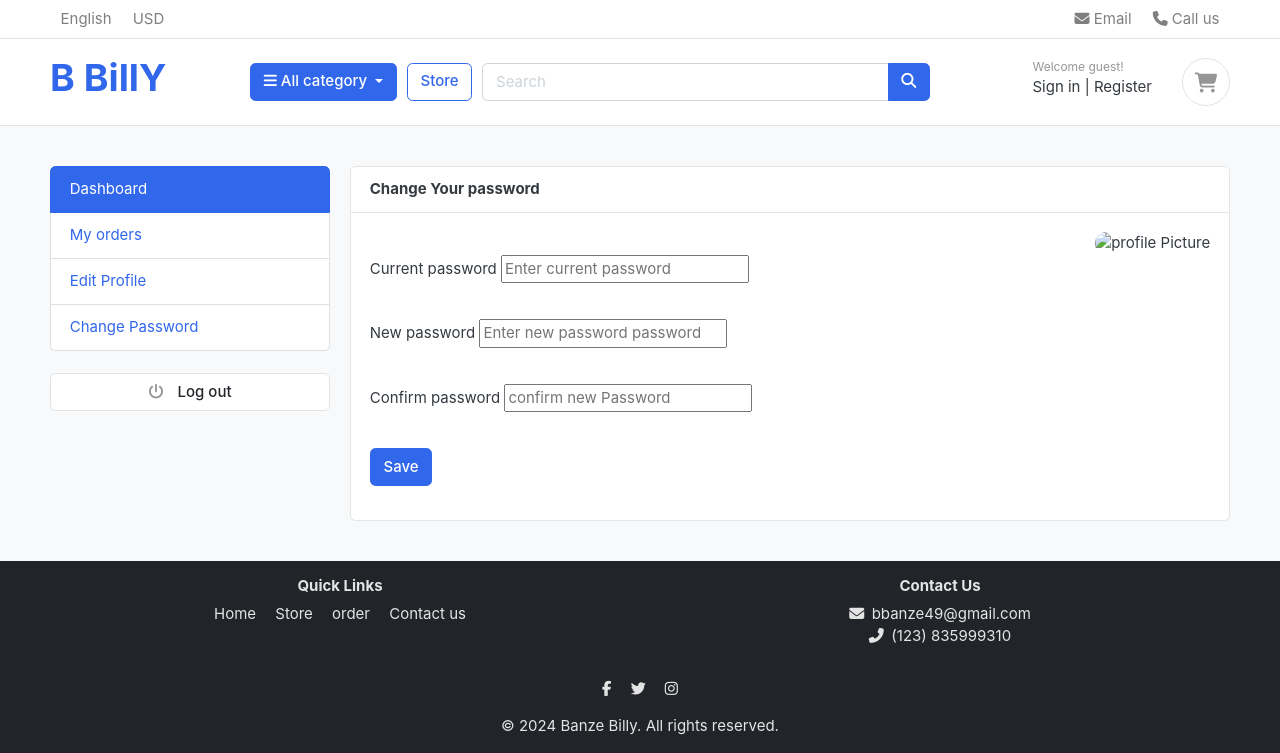
Repository: banzebilly/django-e-commerce
Page: templates/accounts/change_password.html
The author's editor kept a copy of each file at every save. The page is drawn from the files as they stood at one save, then again after the next save.
The browser window is 1280 px wide. The pictures show the whole page.
Some web fonts or font styles are not loaded; a fallback is used. The template is drawn by Django 5.2. The application's start-up code is not run. The template is opened directly, without the code that normally fills it, so the values that code supplies are empty.

Above is the page before, as saved 2024-06-28 06:07:13.

After the next save:
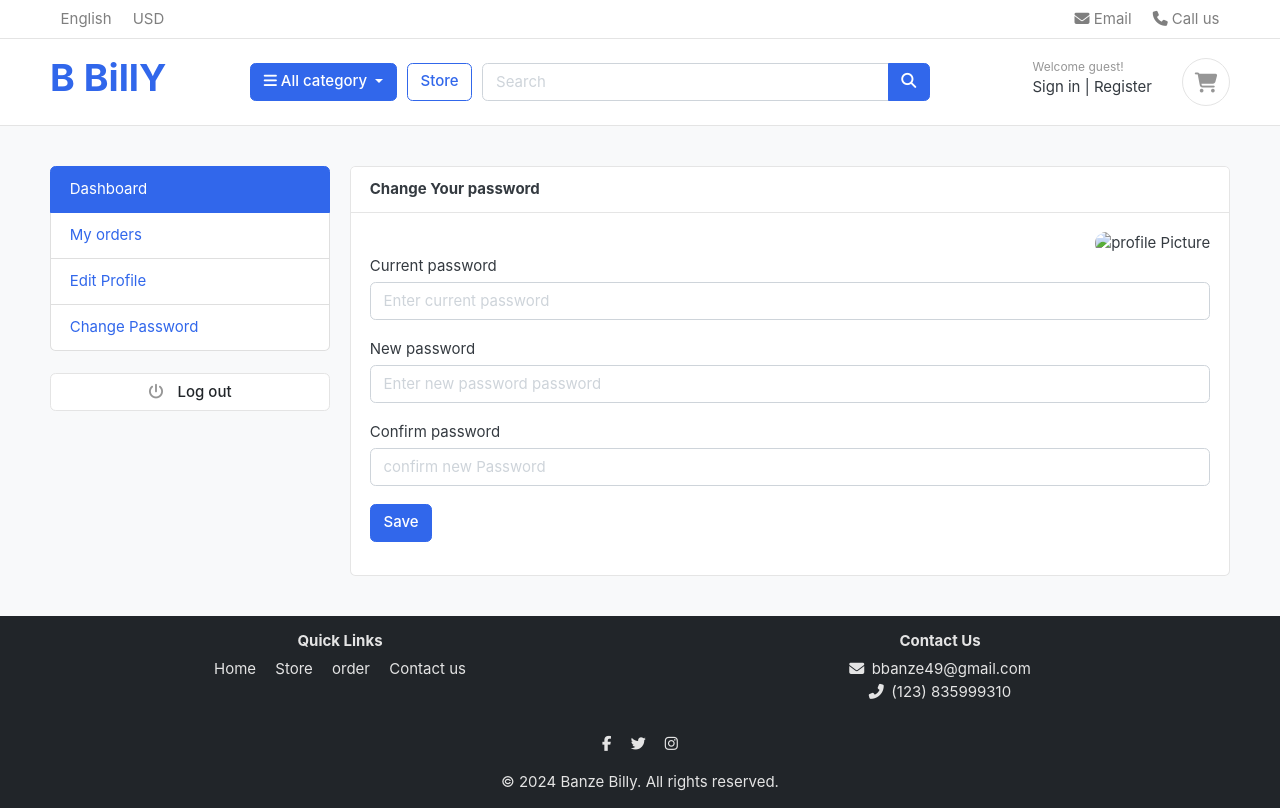
Saved 60 s later.
--- a/templates/accounts/change_password.html
+++ b/templates/accounts/change_password.html
@@ -32,17 +32,17 @@
 
                                     <div class="form-group">
                                         <label for="">Current password</label>
-                                        <input type="password" class="form-group" name="current_password" placeholder="Enter current password" required>
+                                        <input type="password" class="form-control" name="current_password" placeholder="Enter current password" required>
                                     </div>
 
                                     <div class="form-group">
                                         <label for="">New password</label>
-                                        <input type="password" class="form-group" name="new_password" placeholder="Enter new password password" required>
+                                        <input type="password" class="form-control" name="new_password" placeholder="Enter new password password" required>
                                     </div>
 
                                     <div class="form-group">
                                         <label for="">Confirm password</label>
-                                        <input type="password" class="form-group" name="confirm_password" placeholder="confirm new Password" required>
+                                        <input type="password" class="form-control" name="confirm_password" placeholder="confirm new Password" required>
                                     </div>
 
 
